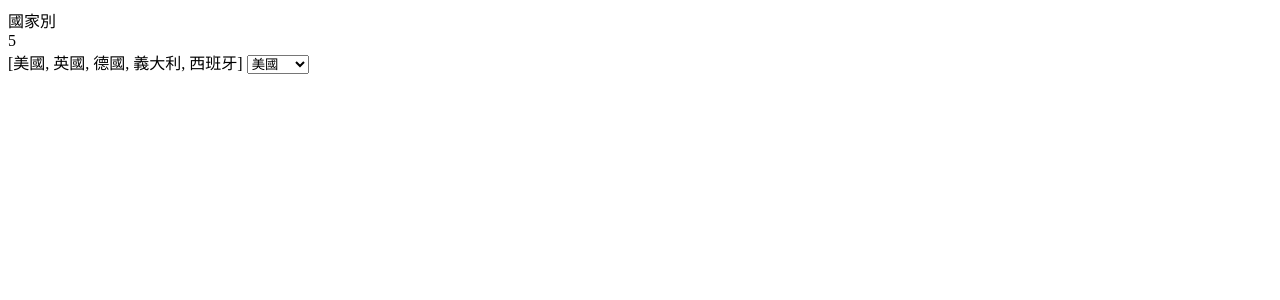
Repository: JunTingLin/web0620
Page: http://localhost/myWeb/CountryListServlet
The author's editor kept a copy of each file at every save. The page is drawn from the files as they stood at one save, then again after the next save.
The browser window is 1280 px wide. The pictures show the whole page.
The page is served by Tomcat 9. Other server files are loaded and not shown.

Above is the page before, as saved 2022-06-25 08:15:14.

### myWeb/src/main/webapp/countryselect.jsp
<%@ page language="java" contentType="text/html; charset=UTF-8"
	pageEncoding="UTF-8"%>
<%@ taglib prefix="c" uri="http://java.sun.com/jsp/jstl/core" %>
<!DOCTYPE html>
<html>
<head>
<meta charset="UTF-8">
<title>國家別查詢</title>
</head>
<body>

	<form>
		<div>國家別</div>
		<div>${countries.size()}</div>
		<c:out value="${ requestScope.countries }"></c:out>
		<select>
			<!-- 走回圈將傳遞進來的attribute 國家別清單逐一產生option標籤內容 -->
			<c:forEach var="country" items="${ requestScope.countries }">
				<option value="${ country.toString() }">${ country.toString() }</option>
			</c:forEach>
		</select>
	</form>
</body>
</html>

### myWeb/src/main/java/com/gjun/controllor/CountryListServlet.java
package com.gjun.controllor;

import java.io.IOException;
import java.util.ArrayList;
import java.util.List;

import javax.servlet.RequestDispatcher;
import javax.servlet.ServletException;
import javax.servlet.annotation.WebServlet;
import javax.servlet.http.HttpServlet;
import javax.servlet.http.HttpServletRequest;
import javax.servlet.http.HttpServletResponse;

/**
 * Servlet implementation class CountryListServlet
 */
@WebServlet("/CountryListServlet")
public class CountryListServlet extends HttpServlet {
	private static final long serialVersionUID = 1L;

    /**
     * @see HttpServlet#HttpServlet()
     */
    public CountryListServlet() {
        super();
        // TODO Auto-generated constructor stub
    }

	/**
	 * @see HttpServlet#doGet(HttpServletRequest request, HttpServletResponse response)
	 */
	protected void doGet(HttpServletRequest request, HttpServletResponse response) throws ServletException, IOException {
		List<String> countries = new ArrayList<>();
		countries.add("美國");
		countries.add("英國");
		countries.add("德國");
		countries.add("義大利");
		countries.add("西班牙");
		request.setAttribute("countries", countries);
		RequestDispatcher disp = request.getRequestDispatcher("countryselect.jsp");
		disp.forward(request, response);

	}


}

After the next save:
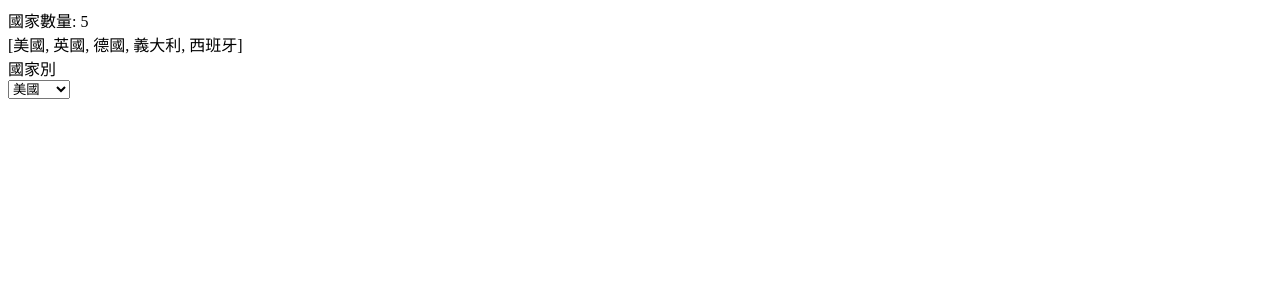
Saved 43 s later.
--- a/myWeb/src/main/webapp/countryselect.jsp
+++ b/myWeb/src/main/webapp/countryselect.jsp
@@ -10,9 +10,9 @@
 <body>
 
 	<form>
+		<div>國家數量: ${countries.size()}</div>
+		<c:out value="${ requestScope.countries }">陣列: </c:out>
 		<div>國家別</div>
-		<div>${countries.size()}</div>
-		<c:out value="${ requestScope.countries }"></c:out>
 		<select>
 			<!-- 走回圈將傳遞進來的attribute 國家別清單逐一產生option標籤內容 -->
 			<c:forEach var="country" items="${ requestScope.countries }">
